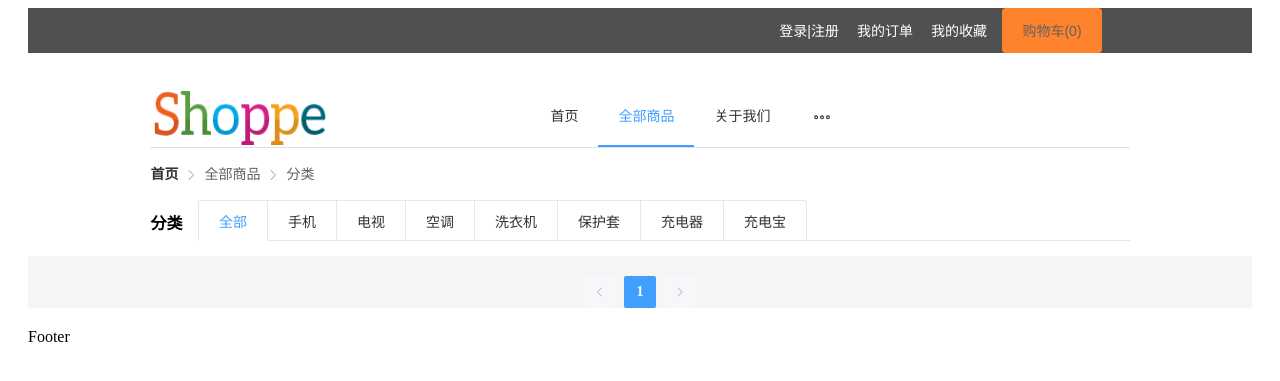
Repository: zhenghaochang/---
Page: /#/allGoods (app in xiaomi/)
These files come from the project's save history. The page is drawn as it stood at one moment and after a run of saves; the edit follows.
The browser window is 1280 px wide. The pictures show the whole page.
The project was rebuilt for these pictures with package versions that can differ from the ones it lists, and the page was loaded fresh each time. Also part of the build but not shown: xiaomi/vite.config.js.

Above is the page before, as saved 2025-08-01 16:01:49.

### xiaomi/src/main.js
import { createApp } from 'vue';
import ElementPlus from 'element-plus';
import 'element-plus/dist/index.css';
import router from './router/router';
import App from './App.vue';
import * as ElementPlusIconsVue from '@element-plus/icons-vue';
import { createPinia } from 'pinia';
import piniaPluginPersistedstate from 'pinia-plugin-persistedstate'
const app = createApp(App);
const pinia = createPinia();
pinia.use(piniaPluginPersistedstate)
app.use(pinia);
for (const [key, component] of Object.entries(ElementPlusIconsVue)) {
    app.component(key, component);
}
app.use(router);
app.use(ElementPlus);
app.mount('#app');

### xiaomi/src/router/router.js
import {createRouter,createWebHashHistory} from 'vue-router'

let router = createRouter({
    history:createWebHashHistory(),
    routes:[
        {
            path:"/",
            component:()=>import('../components/main.vue'),
            redirect:"/home",
            children:[
                {
                    path:"/home",
                    component:() => import('../view/home.vue')
                },
                {
                    path:"/allGoods",
                    component:() => import('../view/allGoods.vue')
                }
            ]
        }
    ]
})

export default router

### xiaomi/src/App.vue
<script setup>
import Menu from '../src/components/menu.vue'


</script>

<template>
    <div>
        <el-container>
            <el-header class="header"><Menu></Menu></el-header>
            <el-main class="main"><router-view></router-view></el-main>
            <el-footer>Footer</el-footer>
        </el-container>
    </div>
</template>

<style scoped>
.header{
/*     background-color: blue; */
    width:100%
}
/* .main{
    background-color: blue;
    width: 100%;
    display:flex;
    flex-direction: column;
    justify-content: center;
} */
</style>

### xiaomi/src/components/main.vue
<script setup>
import logo from '../assets/img/logo.png'
import { Search } from '@element-plus/icons-vue'
import {useRoute,useRouter} from 'vue-router'

const router = useRouter()
const route = useRoute()

</script>

<template>
    <div class="base_div">
        <!-- 菜单div -->
        <div style="width:80%;margin-bottom:20px">
            <el-menu
                :default-active="route.path"
                class="menu"
                mode="horizontal"
                @select="handleSelect"
                router
            >
                <div>
                    <img style="width:180px;height:60px;margin-right:200px" :src="logo" alt="">
                </div>
                <el-menu-item class="menu_item" index="/home">首页</el-menu-item>
                <el-menu-item class="menu_item" index="/allGoods">全部商品</el-menu-item>
                <el-menu-item class="menu_item" index="/aboutUs">关于我们</el-menu-item>
                <div>
                    <el-input
                        v-model="input3"
                        style="margin-left:200px;width:250px"
                        placeholder="请输入商品名称"
                        class="input-with-select"
                    >
                        <template #append>
                            <el-button :icon="Search" />
                        </template>
                    </el-input>
                </div>
            </el-menu>
        </div>
        <!-- 菜单div END -->
        <!-- 主体div -->
        <div style="width:100%">
            <router-view></router-view>
        </div>
    </div>
</template>

<style scoped>
.base_div{
    width: 100%;
    display:flex;
    flex-direction: column;
    align-items:center;
}
.menu{
    display:flex;
    align-items: center;
}
.menu_item{
    background-color: transparent !important;
}
</style>

### xiaomi/src/view/allGoods.vue
<script setup>
import { ArrowRight } from '@element-plus/icons-vue'
import {ref} from 'vue'


const activeName = ref('0')
const total = ref(0)
const currentPage = ref(1)

const goodsList = ref([])


</script>

<template>
    <div class="base_div">
        <!-- 面包屑 -->
        <div style="width:80%">
            <el-breadcrumb :separator-icon="ArrowRight">
                <el-breadcrumb-item :to="{ path: '/home' }">首页</el-breadcrumb-item>
                <el-breadcrumb-item>全部商品</el-breadcrumb-item>
                <el-breadcrumb-item>分类</el-breadcrumb-item>
            </el-breadcrumb>
        </div>
        <!-- 面包屑END -->
        <br>
        <!-- 分类标签 -->
        <div style="width:80%;display:flex;">
            <div style="width:50px;height:6vh;display:flex;align-items:center;font-weight:700;">分类</div>
            <el-tabs
                v-model="activeName"
                type="card"
                style="width:100%;display:flex"
                @tab-change="handleClick"
            >
                <el-tab-pane label="全部" name="0"></el-tab-pane>
                <el-tab-pane label="手机" name="1"></el-tab-pane>
                <el-tab-pane label="电视" name="2"></el-tab-pane>
                <el-tab-pane label="空调" name="3"></el-tab-pane>
                <el-tab-pane label="洗衣机" name="4"></el-tab-pane>
                <el-tab-pane label="保护套" name="5"></el-tab-pane>
                <el-tab-pane label="充电器" name="6"></el-tab-pane>
                <el-tab-pane label="充电宝" name="7"></el-tab-pane>
            </el-tabs>
        </div>
        <!-- 分类标签END -->
        <!-- 主体部分 -->
        <div class="main_div">
            <div class="card_div">
                <div class="card" v-for="(item,i) in goodsList" :key="i">
                    <img style="width:70%;height:auto" :src="phone1" alt="">
                    <span class="nameSpan">{{item.goodsName}}</span>
                    <span class="advantageSpan">{{item.goodsAdvantage}}</span>
                    <div style="display:flex;justify-content:space-around;align-items:flex-end;width:150px">
                        <span style="font-size:22px;color:rgb(255,130, 45)">{{item.goodsPriceNew}}元</span>
                        <span style="color:rgb(150,150,150);text-decoration: line-through" v-if="item.goodsPriceNew == item.goodsPrice">{{item.goodsPrice}}元</span>
                    </div>
                </div>
            </div>
            <div>
                <el-pagination background layout="prev, pager, next" @Current-change="" page-size=15 :current-page="currentPage" :total="total" />
            </div>
        </div>
        <!-- 主体部分END -->
    </div>
</template>

<style scoped>
.base_div{
    width: 100%;
    display: flex;
    flex-direction: column;
    align-items: center;

}
.main_div{
    background-color: rgb(245,245,245);
    width:100%;
    display: flex;
    flex-direction: column;
    align-items: center;
}
.card_div{
    width: 80%;
    display: grid;
    grid-template-columns: repeat(5,1fr);
    grid-template-rows: repeat(3,1fr);
    gap: 10px 10px;
    place-items: stretch stretch ;

}
.card{
    background-color: white;
    display: flex;
    flex-direction: column;
    justify-content: center;
    align-items: center;
    cursor: pointer;          /* 手指 */
    transition: box-shadow 0.3s;
}
</style>

### xiaomi/src/components/menu.vue
<script setup>
import {ref,reactive} from 'vue'
import request from '../request/index'
import { ElMessage } from 'element-plus'
import {useUserStore} from '../store/index'


const store = useUserStore()


const loginVisible = ref(false)
const registVisible = ref(false)

const loginForm = ref({
    username:'',
    password:''
})

const registForm = ref({
    username:'',
    password:'',
    rePassword:'',
    name:''
})

const user = ref({
    id:0,
    username:'',
    name:'',
    numInCart:0,
    token:''
})

const loginFormRef = ref()
const registFormRef = ref()

const validateUsername = (rule,value,callback)=>{
    if(value.length==0){
      callback(new Error("用户名不能为空"))
    }else{
      callback()
    }
  }

  const validatePassword = (rule,value,callback)=>{
    if(value.length<4){
      callback(new Error("密码小于4位"))
    }else{
      callback()
    }
  }

  const validateRePassword = (rule,value,callback)=>{
    if(value.length<4){
      callback(new Error("密码小于4位"))
    }else{
      if(value != registForm.value.password){
        callback(new Error("密码不一致"))
      }else{
        callback()
      }
    }
  }

  const rules = {
    username:[{required:true,message:'用户名不能为空',validator:validateUsername}],
    password:[{required:true,message:'密码必须大于4位',validator:validatePassword}],
    rePassword:[{required:true,validator:validateRePassword}]
  }


async function login(){
    const valid = await loginFormRef.value.validate
    if(valid){
        let {data} = await request.post("/user/login",loginForm.value)
        if(data.code == 200){
            ElMessage.success('登录成功')
            user.value = data.data
            store.changeInfo(user.value)
            loginVisible.value = false
        }else{
            ElMessage.error(data.msg)
        }
    }
}

async function regist(){
    const valid = await registFormRef.value.validate
    if(valid){
        let {data} = await request.post("/user/regist",registForm.value)
        if(data.code == 200){
            ElMessage.success('注册成功')
            registVisible.value = false
            loginVisible.value = true
        }else{
            ElMessage.error(data.msg)
        }
    }
}

</script>

<template>
    <div class="base_div">
        <el-button color="rgb(80,80,80)" @click="loginVisible = true" v-if="store.id==0" link>登录|注册</el-button>
        <div style="display:flex;align-items:center;margin-right:10px" v-else>
            <el-button color="rgb(80,80,80)" link>欢迎{{store.name}}</el-button>
            <el-button color="rgb(80,80,80)" @click="()=>{store.logout(),ElMessage.success('已退出')}" link>退出登录</el-button>
        </div>
        <el-button color="rgb(80,80,80)" link>我的订单</el-button>
        <el-button color="rgb(80,80,80)" link>我的收藏</el-button>
        <el-button  style="background-color:rgb(255,130, 45);margin-right:150px;width:100px"  link>购物车({{store.numInCart}})</el-button>

        <!-- 登录窗口 -->
        <el-dialog v-model="loginVisible"  title="登录" width="300">
            <el-form :model="loginForm" ref="loginFormRef" :rules="rules">
                <el-form-item label="用户名" prop="username" :label-width="70">
                    <el-input v-model="loginForm.username" autocomplete="off" />
                </el-form-item>
                <el-form-item label="密码" prop="password" :label-width="70">
                    <el-input v-model="loginForm.password" autocomplete="off" type="password" show-password />
                </el-form-item>
            </el-form>
            <template #footer>
                <div style="display:flex;justify-content:space-between;align-items:center">
                    <el-button type="warning" @click="registVisible = true">注册</el-button>
                    <div>
                        <el-button @click="loginVisible = false">取消</el-button>
                        <el-button type="primary" @click="login">
                        登录
                        </el-button>
                    </div>

                </div>
            </template>
        </el-dialog>
        <!-- 登录窗口END -->
        <!-- 注册窗口 -->
        <el-dialog v-model="registVisible"  title="注册" width="350">
            <el-form :model="registForm" ref="registFormRef" :rules="rules">
                <el-form-item label="用户名" prop="username" :label-width="80">
                    <el-input v-model="registForm.username" autocomplete="off" />
                </el-form-item>
                <el-form-item label="密码" prop="password" :label-width="80">
                    <el-input v-model="registForm.password" autocomplete="off" type="password" show-password />
                </el-form-item>
                <el-form-item label="确认密码" prop="rePassword" :label-width="80">
                    <el-input v-model="registForm.rePassword" autocomplete="off" type="password" show-password />
                </el-form-item>
                <el-form-item label="姓名"  :label-width="80">
                    <el-input v-model="registForm.name" autocomplete="off"  />
                </el-form-item>
            </el-form>
            <template #footer>
                <div style="">
                    <div>
                        <el-button @click="registVisible = false">取消</el-button>
                        <el-button type="primary" @click="regist">
                        注册
                        </el-button>
                    </div>

                </div>
            </template>
        </el-dialog>
        <!-- 注册窗口END -->
    </div>
</template>

<style scoped>
.base_div{
    background-color:rgb(80,80,80);
    width:100%;
    height:45px;
    display: flex;
    justify-content:flex-end;
}
</style>

### xiaomi/src/request/index.js
import axios from 'axios'


const request = axios.create({
    baseURL:'http://localhost:8080',
    timeout:10000
})









export default request

### xiaomi/src/store/index.js
import {defineStore} from 'pinia'

const user = {
    id:0,
    username:'',
    name:'',
    numInCart:0,
    token:''
}

export const useUserStore = defineStore('userInfo',{
    state:()=>({
        id:0,
        username:'',
        name:'',
        numInCart:0,
        token:''
    }),
    getters:{},
    actions:{
        changeInfo(user){
            this.id = user.id,
            this.username = user.username,
            this.name = user.name,
            this.numInCart = user.numInCart,
            this.token = user.token
        },
        logout(){
            this.id = 0,
            this.username = '',
            this.name = '',
            this.numInCart = 0,
            this.token = ''
        }
    },
    persist: true
}
)

Loaded but not shown: xiaomi/index.html (common file)

After the next 2 saves:
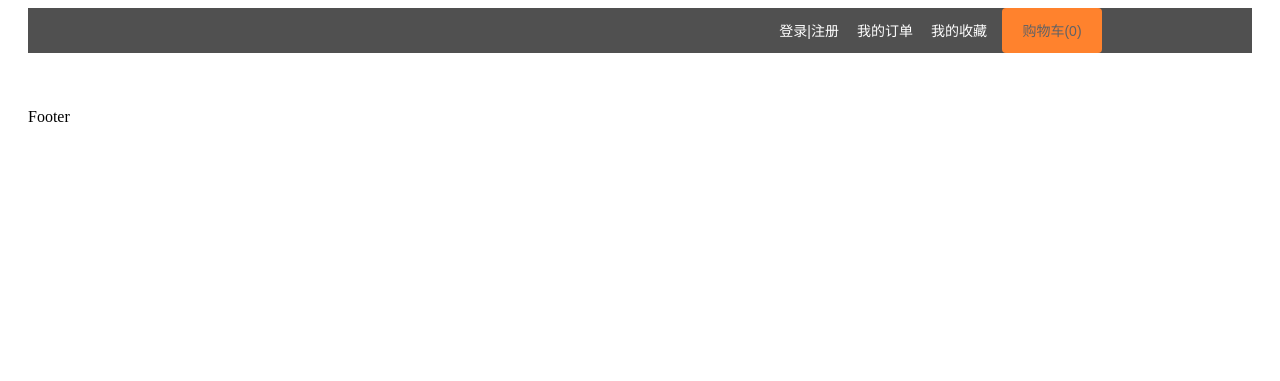
Console error: ReferenceError: async is not defined
The 2 saves are shown as one change because they came seconds apart.
The last was saved 25 s later.
--- a/xiaomi/src/view/allGoods.vue
+++ b/xiaomi/src/view/allGoods.vue
@@ -8,6 +8,8 @@
 const currentPage = ref(1)
 
 const goodsList = ref([])
+
+async
 
 
 </script>

After the 6 saves that followed:
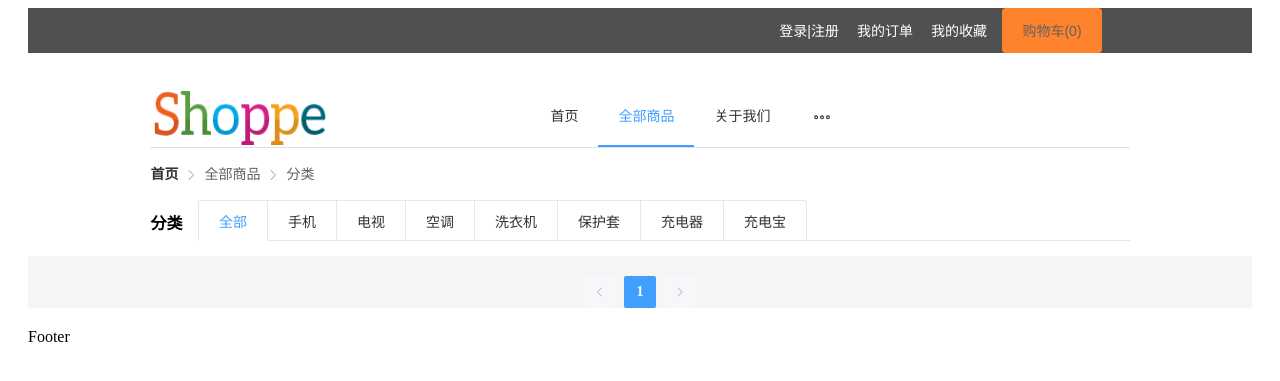
The error is gone.
The 6 saves are shown as one change because 5 did not build or start.
The last was saved 32 s later.
--- a/xiaomi/src/view/allGoods.vue
+++ b/xiaomi/src/view/allGoods.vue
@@ -9,7 +9,9 @@
 
 const goodsList = ref([])
 
-async
+async function getGoodsList(){
+
+}
 
 
 </script>
